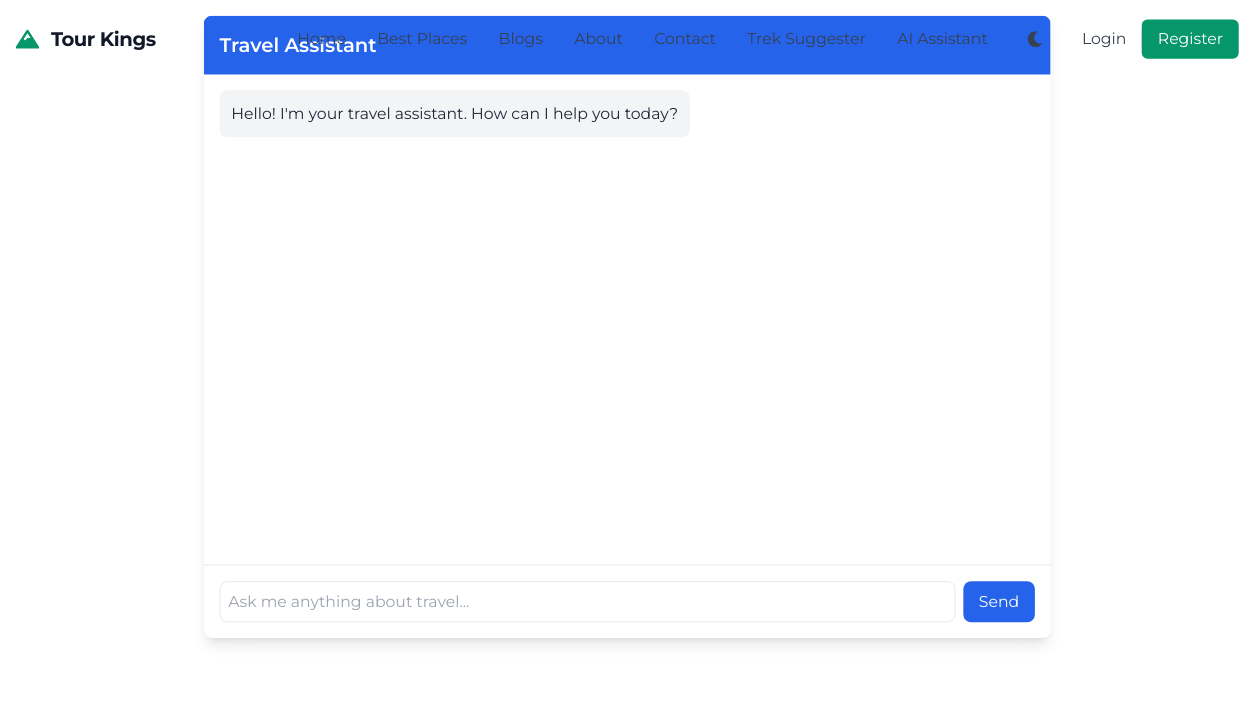
Repository: OnlyAmFo/TourMain
Page: /chatbot (app in Frontend/)
An editor plug-in stored every save of this project. The page is shown before and after the next save, followed by the edit.
The browser window is 1280 px wide. The pictures show the whole page, at 98% of full size.
The project was rebuilt for these pictures with package versions that can differ from the ones it lists, and the page was loaded fresh each time. Also part of the build but not shown: Frontend/vite.config.js, Frontend/src/utils/notifications.js, Frontend/src/components/Auth/Login.jsx, Frontend/src/components/Auth/Register.jsx, Frontend/src/components/Footer/Footer.jsx, Frontend/src/pages/Layout.jsx, Frontend/src/pages/Dashboard/Admin/AdminLayout.jsx, Frontend/src/pages/Home.jsx and 38 more. Imported but missing from the stored project, and not drawn on this page: Frontend/src/assets/video/main.mp4.

Above is the page before, as saved 2025-04-17 19:35:08.

After the next save:
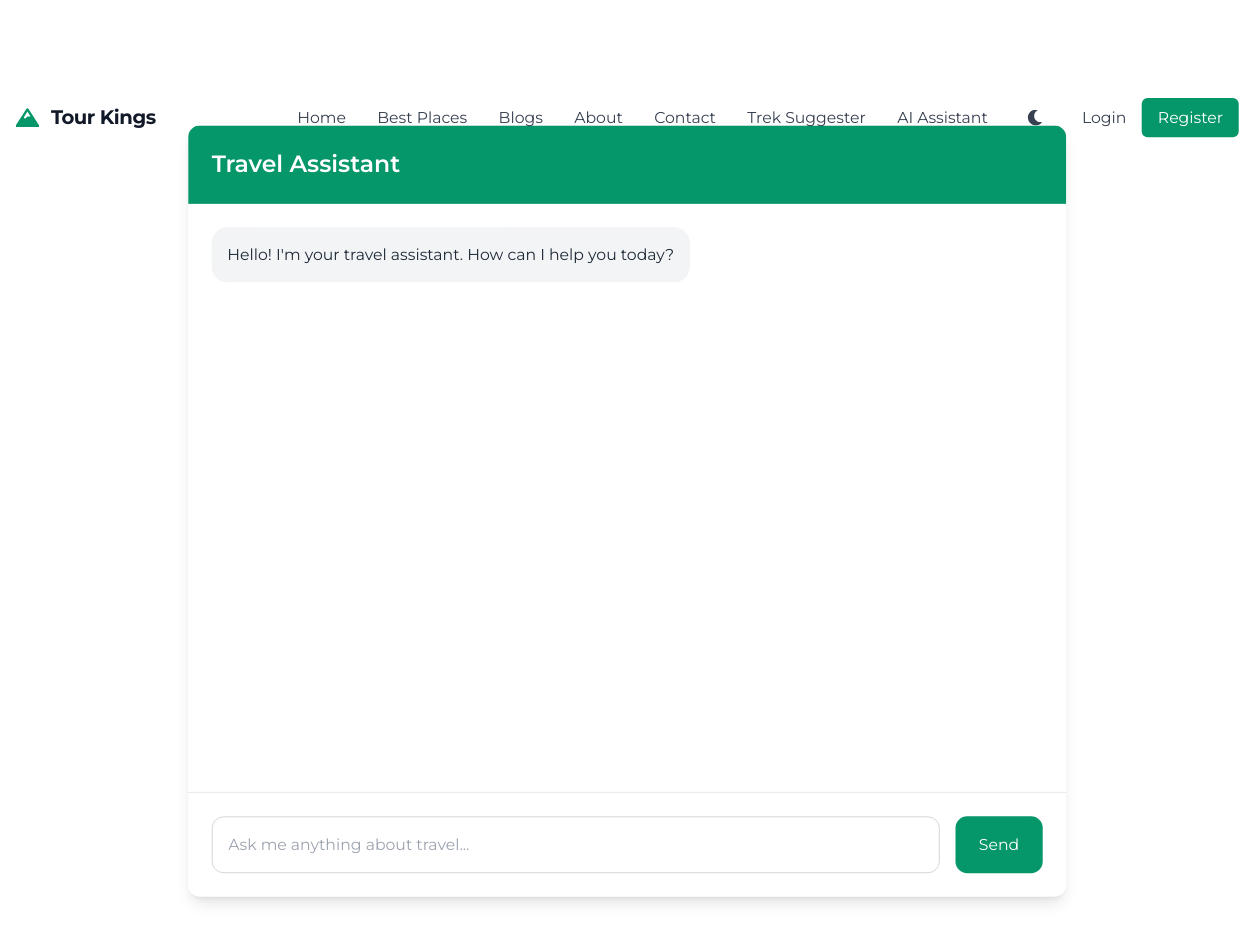
Saved 11 s later.
--- a/Frontend/src/components/AI/Chatbot.jsx
+++ b/Frontend/src/components/AI/Chatbot.jsx
@@ -72,23 +72,25 @@ const Chatbot = () => {
   };
 
   return (
-    <div className="max-w-4xl mx-auto p-4">
-      <div className="bg-white rounded-lg shadow-lg overflow-hidden">
-        <div className="bg-blue-600 p-4">
-          <h2 className="text-xl font-semibold text-white">Travel Assistant</h2>
+    <div className="container mx-auto px-4 py-12 mt-20">
+      <div className="max-w-4xl mx-auto bg-white dark:bg-gray-800 rounded-xl shadow-lg overflow-hidden">
+        <div className="bg-emerald-600 p-6">
+          <h2 className="text-2xl font-semibold text-white">
+            Travel Assistant
+          </h2>
         </div>
 
-        <div className="h-[500px] overflow-y-auto p-4 space-y-4">
+        <div className="h-[600px] overflow-y-auto p-6 space-y-6">
           {messages.map((message, index) => (
             <div
               key={index}
               className={`flex ${message.sender === "user" ? "justify-end" : "justify-start"}`}
             >
               <div
-                className={`max-w-[70%] rounded-lg p-3 ${
+                className={`max-w-[80%] rounded-2xl p-4 ${
                   message.sender === "user"
-                    ? "bg-blue-600 text-white"
-                    : "bg-gray-100 text-gray-800"
+                    ? "bg-emerald-600 text-white"
+                    : "bg-gray-100 dark:bg-gray-700 text-gray-800 dark:text-gray-200"
                 }`}
               >
                 {message.text}
@@ -97,28 +99,41 @@ const Chatbot = () => {
           ))}
           {loading && (
             <div className="flex justify-start">
-              <div className="bg-gray-100 rounded-lg p-3 text-gray-800">
-                Thinking...
+              <div className="bg-gray-100 dark:bg-gray-700 rounded-2xl p-4 text-gray-800 dark:text-gray-200">
+                <div className="flex items-center space-x-2">
+                  <div className="w-2 h-2 bg-gray-400 dark:bg-gray-500 rounded-full animate-bounce"></div>
+                  <div
+                    className="w-2 h-2 bg-gray-400 dark:bg-gray-500 rounded-full animate-bounce"
+                    style={{ animationDelay: "0.2s" }}
+                  ></div>
+                  <div
+                    className="w-2 h-2 bg-gray-400 dark:bg-gray-500 rounded-full animate-bounce"
+                    style={{ animationDelay: "0.4s" }}
+                  ></div>
+                </div>
               </div>
             </div>
           )}
           <div ref={messagesEndRef} />
         </div>
 
-        <form onSubmit={handleSubmit} className="p-4 border-t">
-          <div className="flex space-x-2">
+        <form
+          onSubmit={handleSubmit}
+          className="p-6 border-t border-gray-200 dark:border-gray-700"
+        >
+          <div className="flex space-x-4">
             <input
               type="text"
               value={input}
               onChange={(e) => setInput(e.target.value)}
               placeholder="Ask me anything about travel..."
-              className="flex-1 p-2 border rounded-lg focus:outline-none focus:ring-2 focus:ring-blue-500"
+              className="flex-1 p-4 border border-gray-300 dark:border-gray-600 rounded-xl focus:outline-none focus:ring-2 focus:ring-emerald-500 dark:bg-gray-700 dark:text-white"
               disabled={loading}
             />
             <button
               type="submit"
               disabled={loading}
-              className="bg-blue-600 text-white px-4 py-2 rounded-lg hover:bg-blue-700 focus:outline-none focus:ring-2 focus:ring-blue-500 focus:ring-offset-2 disabled:opacity-50"
+              className="bg-emerald-600 text-white px-6 py-4 rounded-xl hover:bg-emerald-700 focus:outline-none focus:ring-2 focus:ring-emerald-500 focus:ring-offset-2 disabled:opacity-50 transition-colors"
             >
               Send
             </button>
